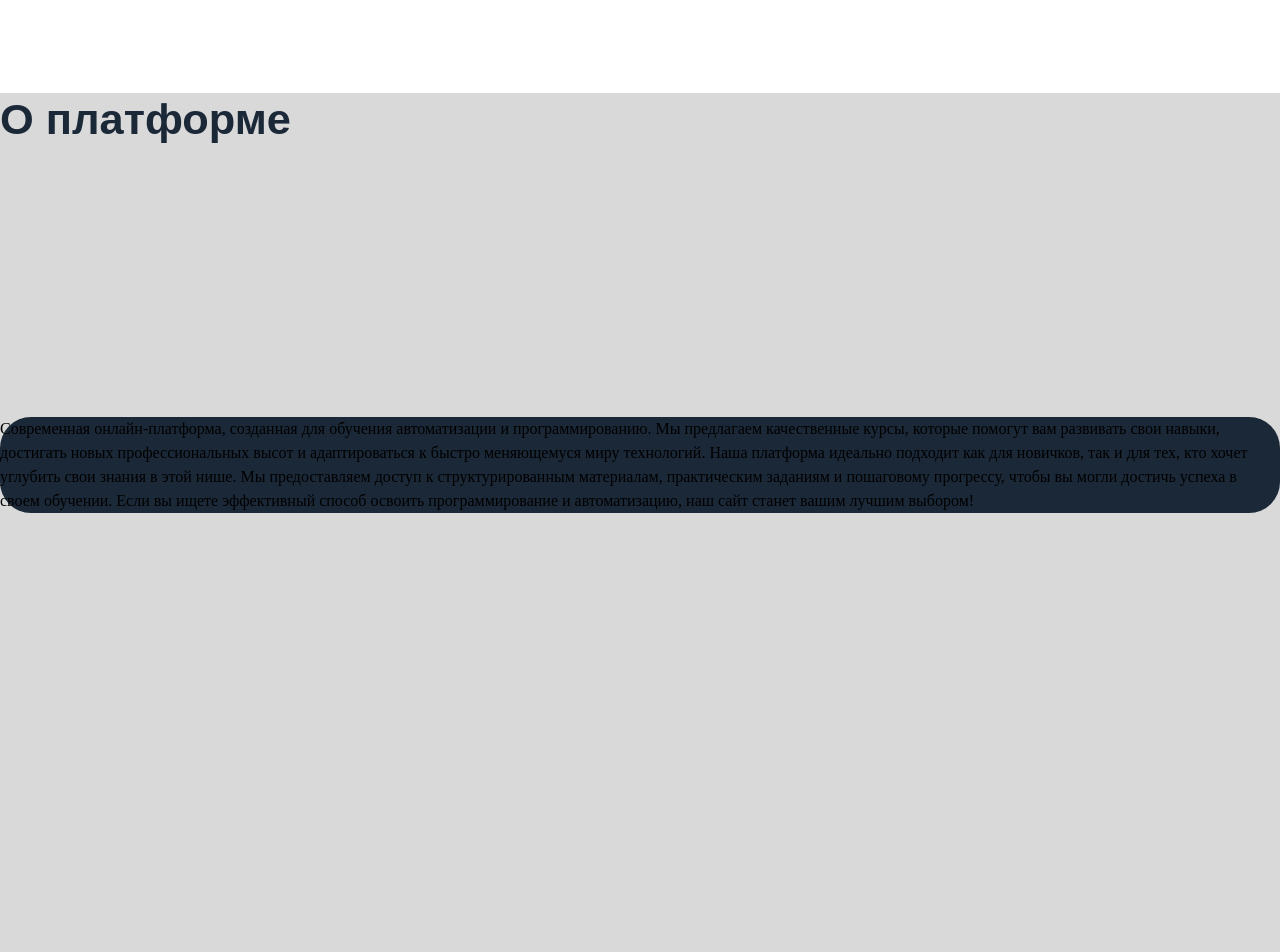
Repository: marjango/course
Page: /
These files come from the project's save history. The page is drawn as it stood at one moment and after the next save; the edit follows.
The browser window is 1280 px wide. The pictures show the part of the page from y = 1006 to 1958 px (the page is 2352 px tall).
The project was rebuilt for these pictures with package versions that can differ from the ones it lists, and the page was loaded fresh each time. The framework's server and built-in components were replaced by stand-ins that run in the browser. Also part of the build but not shown: next.config.ts.

Above is the page before, as saved 2025-03-25 00:22:21.

### app/layout.tsx
import type { Metadata } from "next";
import "./globals.css";
import './fonts.css';


export const metadata: Metadata = {
  title: "Create Next App",
  description: "Generated by create next app",
};

export default function RootLayout({
  children,
}: Readonly<{
  children: React.ReactNode;
}>) {
  return (
    <html lang="en">
      <body

      >
        {children}
      </body>
    </html>
  );
}

### app/page.tsx
import Image from "next/image";
import Mainpage from "./mainpage/page";


export default function Home() {
  return (
    <>
     <Mainpage/>
    </>
  );
}

### app/globals.css
@import "tailwindcss";

* {
  font-family: 'Doloman Pavljenko';
}

h1 {
  font-family: 'Intro Friday', sans-serif;
  font-size: 3.39vw;
  line-height: 1.2;
  color: white;
  font-weight: bold;
}

### app/fonts.css
@font-face {
    font-family: 'Doloman Pavljenko';
    src: url("/public/fonts/DolomanPavljenko.otf") format('otf'),
    url("/public/fonts/DolomanPavljenko.otf") format('otf');
    font-weight: normal;
    font-style: normal;
  }

   @font-face {
     font-family: "Intro Friday";
     src: url("/public/fonts/Intro\ Friday\ Regular.ttf") format("ttf"),
     url("/public/fonts/Intro\ Friday\ Regular.ttf") format("ttf");
     font-weight: normal;
     font-style: normal;
   }

### app/mainpage/page.tsx
import React from "react";
import s from "./main.module.css";
import Link from "next/link";

const Mainpage = () => {
  return (
    <>
      <div className={s.container}>
        <div className={s.header}>
          <Link href="./auth/login" className={s.logo}>
            logo
          </Link>

          <div className={s.nav}>
            <Link href="#">Обучение</Link>
            <Link href="#">Курсы</Link>
            <Link href="#">Цены</Link>
            <Link href="#">О нас</Link>
            <Link href="#">Контакты</Link>
          </div>

          <div className={s.auth}>
            <Link href="./auth/login" className={s.login}>
              Вход
            </Link>
            <Link href="./auth/registration" className={s.registration}>
              Регистрация
            </Link>
          </div>
        </div>
        <div className={s.hero}>
            <h1>АВТОМАТИЗАЦИЯ В ДЕЙСТВИИ, IT В ОБУЧЕНИИ, БУДУЩЕЕ В ТВОИХ РУКАХ!</h1>
            <div className={s.btns}>
                <Link href="#" className={s.btn1}>Начни сейчас</Link>
                <Link href="#" className={s.btn2}>Подробнее</Link>
            </div>
        </div>
      </div>
      <div className={s.about}>
        <h1>О платформе</h1>
        <div className={s.aboutText}>
        Современная онлайн-платформа, созданная для обучения автоматизации и программированию. Мы предлагаем качественные курсы, которые помогут вам развивать свои навыки, достигать новых профессиональных высот и адаптироваться к быстро меняющемуся миру технологий.

Наша платформа идеально подходит как для новичков, так и для тех, кто хочет углубить свои знания в этой нише. Мы предоставляем доступ к структурированным материалам, практическим заданиям и пошаговому прогрессу, чтобы вы могли достичь успеха в своем обучении.

Если вы ищете эффективный способ освоить программирование и автоматизацию, наш сайт станет вашим лучшим выбором!
        </div>
      </div>
    </>
  );
};

export default Mainpage;

### app/mainpage/main.module.css
.container {
    position: relative; /* Необходимо для позиционирования псевдоэлемента */
    width: 100%;
    height: 66.67vw;
    padding: 7.03vw 7.29vw 0 7.29vw;
    background-color: #131C27; /* Задаем цвет фона без прозрачности */
  }

  .container::before {
    content: '';
    position: absolute;
    top: 0;
    left: 0;
    width: 100%;
    height: 100%;
    background-image: url(./img/background.svg);
    background-size: cover;
    background-position: center;
    background-repeat: no-repeat;
    opacity: 0.4;
    z-index: 1;
    pointer-events: none; /* Отключаем события мыши */
  }
  .header {
    background: transparent;
    display: flex;
    justify-content: space-between;
    align-items: center;
    width: 100%;
  }

  .logo {
    margin-right: 17.08vw;
    padding: 0.52vw 1.35vw;
    background-color: #d9d9d9;
    border: none;
    border-radius: 1.51vw;
    color: #064b9b;
    font-size: 2.08vw;
    line-height: 2.08vw;
    font-weight: 300;
  }

  .nav {
    justify-self: center;
    color: white;
    font-size: 1.82vw;
    font-weight: 300;
    display: flex;
    gap: 3.8vw;
  }

  .auth {
    margin-left: 5.57vw;
    display: flex;
    gap: 1.72vw;
  }

  .login {
    background-color: #d9d9d9;
    width: 6.15vw;
    height: 3.13vw;
    display: flex;
    justify-content: center;
    align-items: center;
    border: none;
    border-radius: 1.51vw;
    color: black;
    font-size: 1.8vw;
    line-height: 1.8vw;
    font-weight: 300;
  }

  .registration {
    background-color: #1b2838;
    width: 9.79vw;
    height: 3.13vw;
    display: flex;
    justify-content: center;
    align-items: center;
    border: none;
    padding: 0.67vw 1.04vw;
    border-radius: 1.51vw;
    color: white;
    font-size: 1.8vw;
    line-height: 1.8vw;
    font-weight: 300;
  }

  .hero {
    padding-top: 13.54vw;
  }

  .hero h1 {
    color: white;
    font-size: 3.39vw;
    max-width: 52.08vw;
  }

  .btns {
    margin-top: 2.34vw;
    display: flex;
    align-items: center;
    gap: 1.93vw;
  }

  .btn1 {
    width: 12.5vw;
    height: 3.65vw;
    background-color: #1B2838;
    color: white;
    border-radius: 1.85vw;
    display: flex;
    justify-content: center;
    align-items: center;
    font-size: 1.82vw;
  }

  .btn2 {
    color: white;
    font-size: 1.82vw;
  }

  .about {
    height: 1253px;
    background-color: #D9D9D9;

  }
  .about h1 {
    color: #1B2838;
    margin-top: 246px;
  }
  .aboutText {
    margin-top: 272px;
    background-color: #1B2838;
    border-radius: 31px;

  }

After the next save:
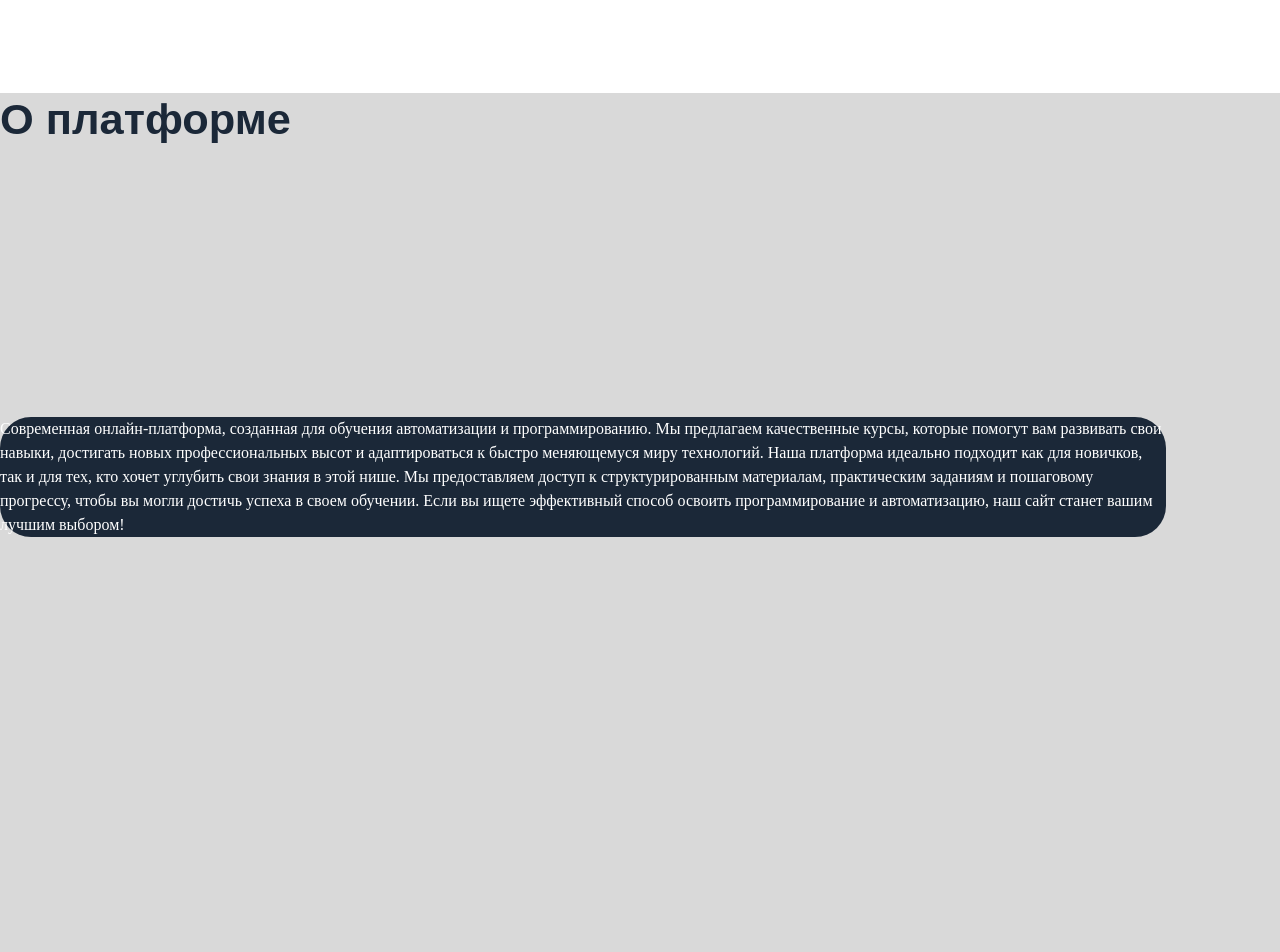
Saved 23 s later.
--- a/app/mainpage/main.module.css
+++ b/app/mainpage/main.module.css
@@ -134,5 +134,6 @@
     margin-top: 272px;
     background-color: #1B2838;
     border-radius: 31px;
-
+    width: 1166px;
+    color: white;
   }
